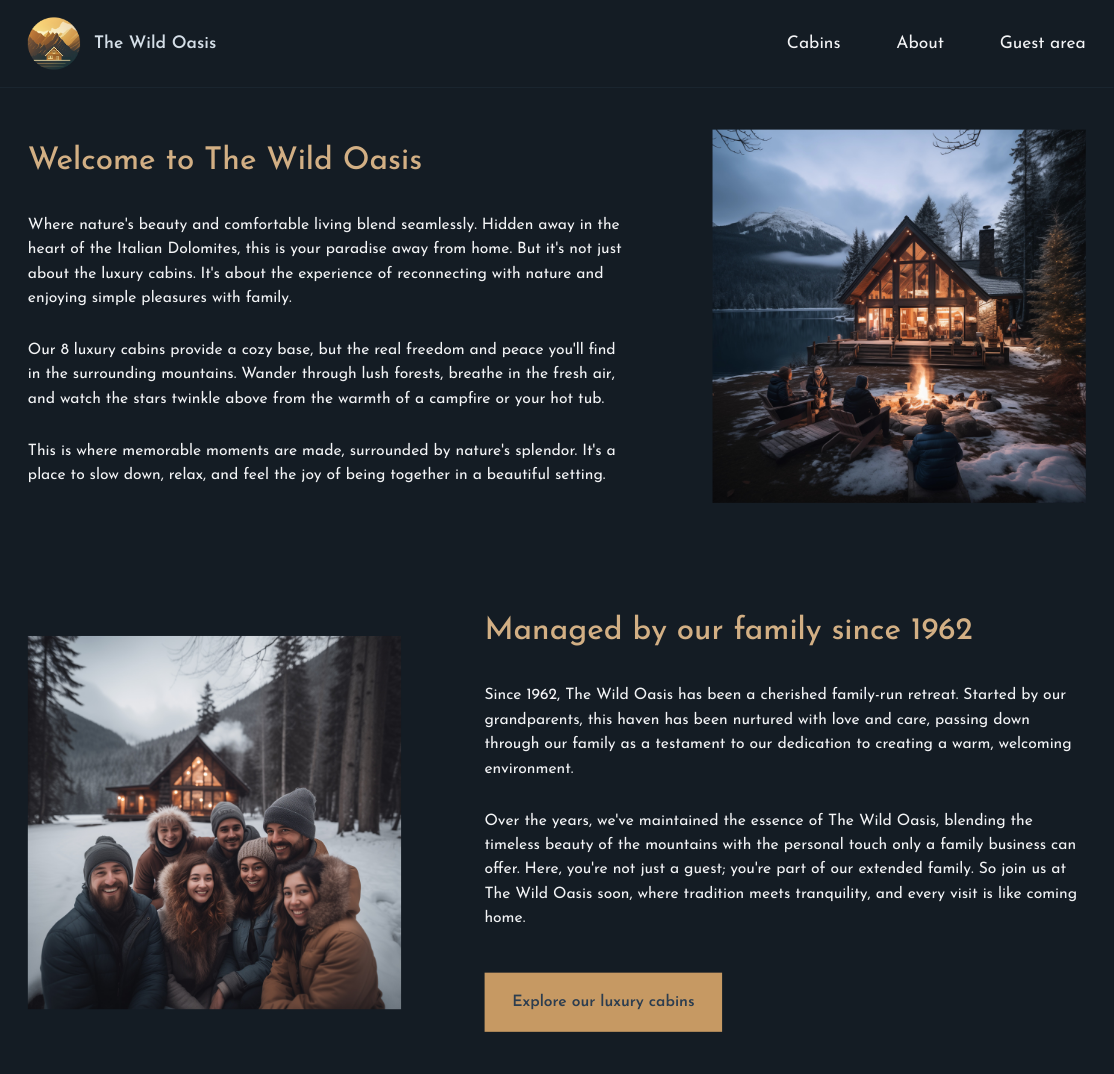
Repository: hyready/Next
Page: /about
These files come from the project's save history. The page is drawn as it stood at one moment and after a run of saves; the edit follows.
The browser window is 1280 px wide. The pictures show the whole page, at 87% of full size.
The project was rebuilt for these pictures with package versions that can differ from the ones it lists, and the page was loaded fresh each time. The framework's server and built-in components were replaced by stand-ins that run in the browser. Also part of the build but not shown: next.config.mjs.

Above is the page before, as saved 2025-01-06 15:32:50.

After the next 2 saves:
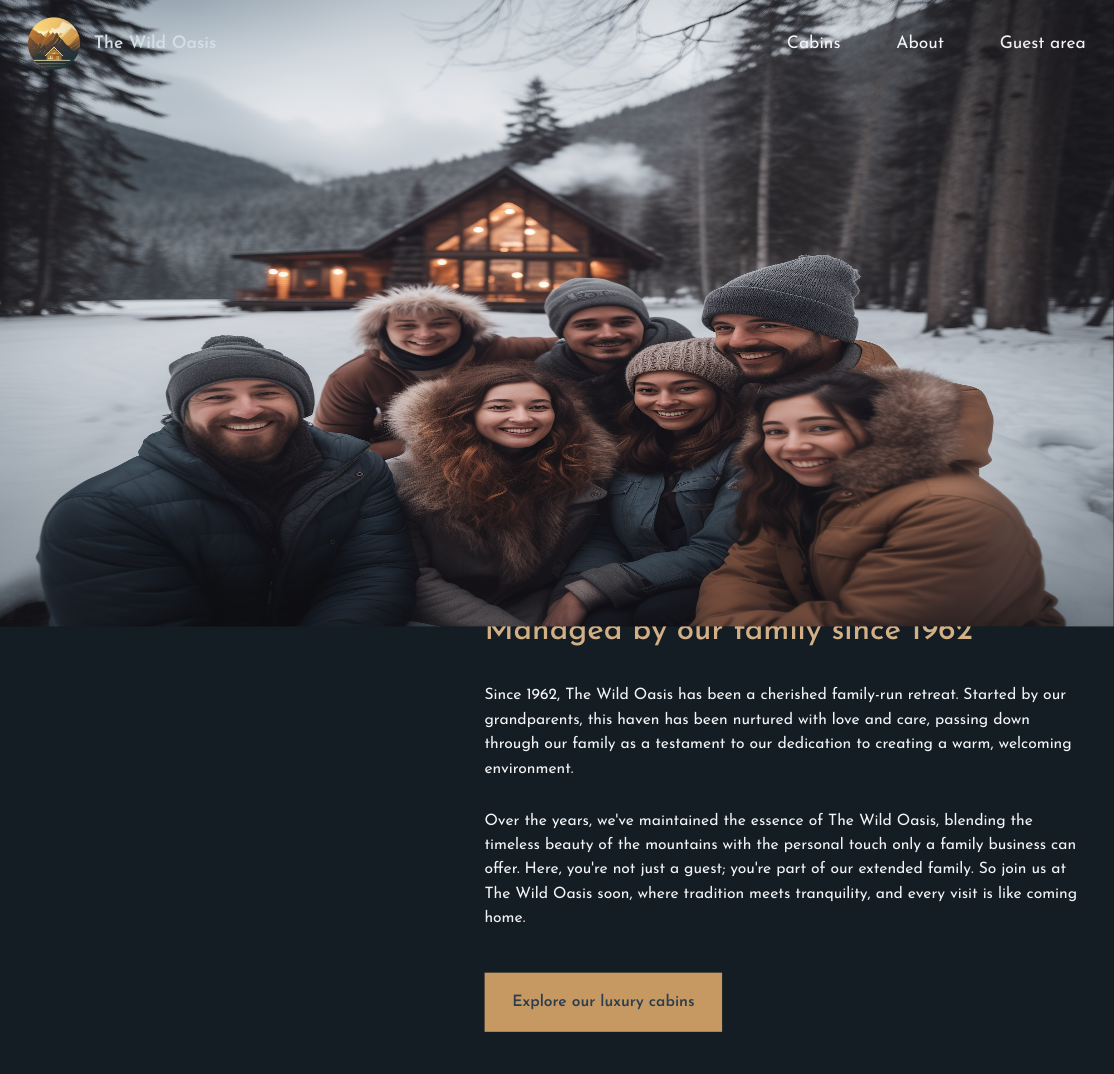
The 2 saves are shown as one change because 1 did not build or start.
The last was saved 74 s later.
--- a/app/about/page.js
+++ b/app/about/page.js
@@ -40,8 +40,9 @@ export default function Page() {
       </div>
 
       <div className='col-span-2'>
-        <img
+        <Image
           src='/about-2.jpg'
+          fill
           alt='Family that manages The Wild Oasis'
         />
       </div>
